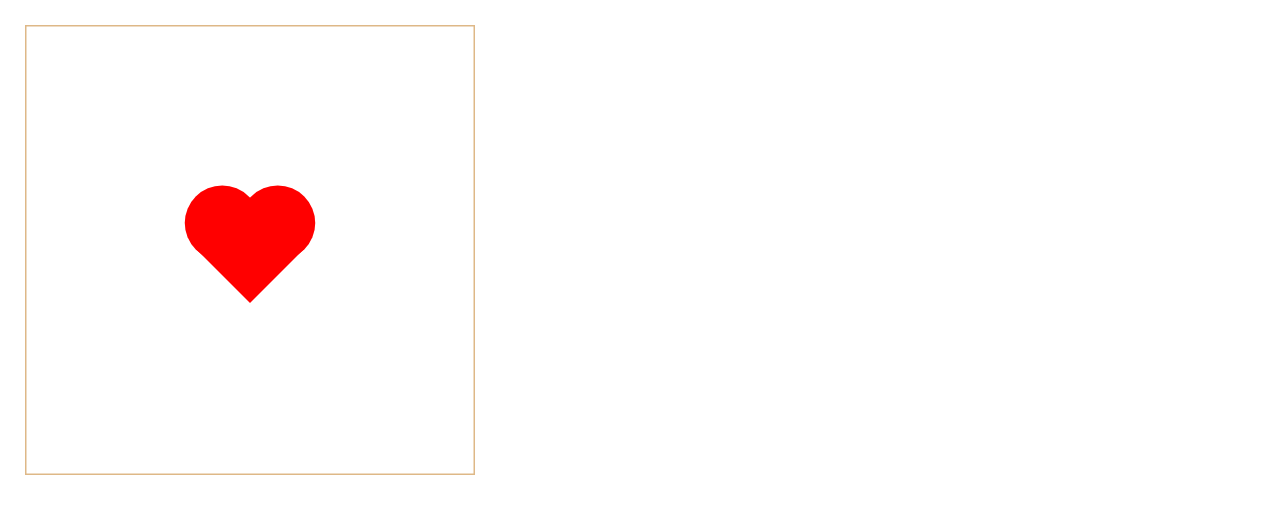
Repository: Lixianlai-2/Css-practice
Page: CSS动画/跳动的心/index.html
These files come from the project's save history. The page is drawn as it stood at one moment and after the next save; the edit follows.
The browser window is 1280 px wide. The pictures show the whole page.

Above is the page before, as saved 2021-12-09 13:19:41.

After the next save:
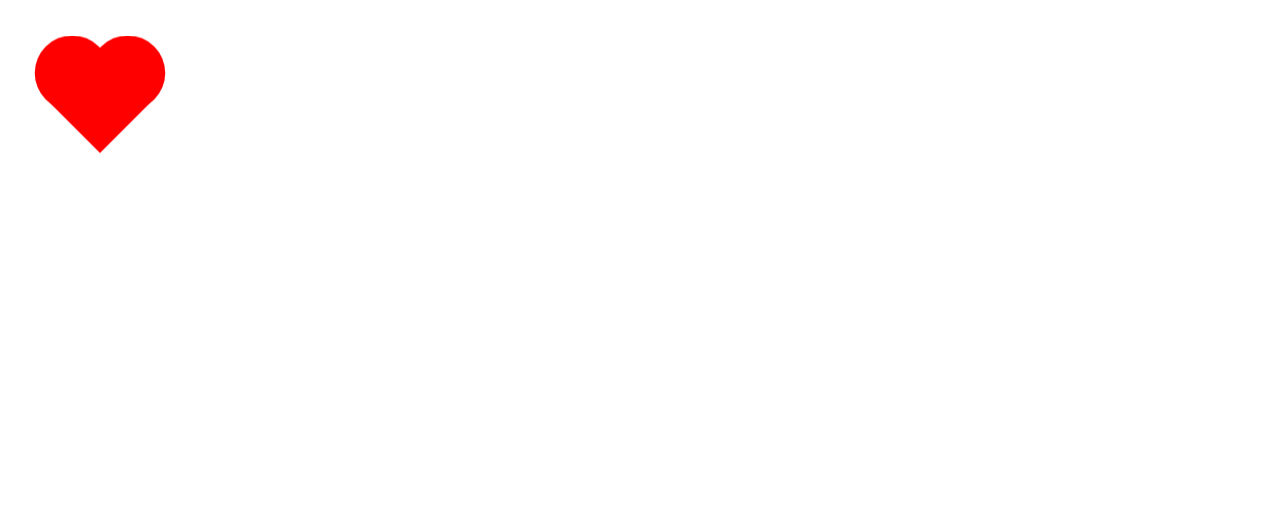
Saved 17 s later.
--- a/CSS动画/跳动的心/index.html
+++ b/CSS动画/跳动的心/index.html
@@ -2,7 +2,7 @@
 <html>
   <head>
     <meta charset="utf-8" />
-    <link rel="stylesheet" href="style.css" />
+    <!-- <link rel="stylesheet" href="style.css" /> -->
     <link rel="stylesheet" href="./跳动的心animation.css" />
     <title>JS Bin</title>
   </head>
